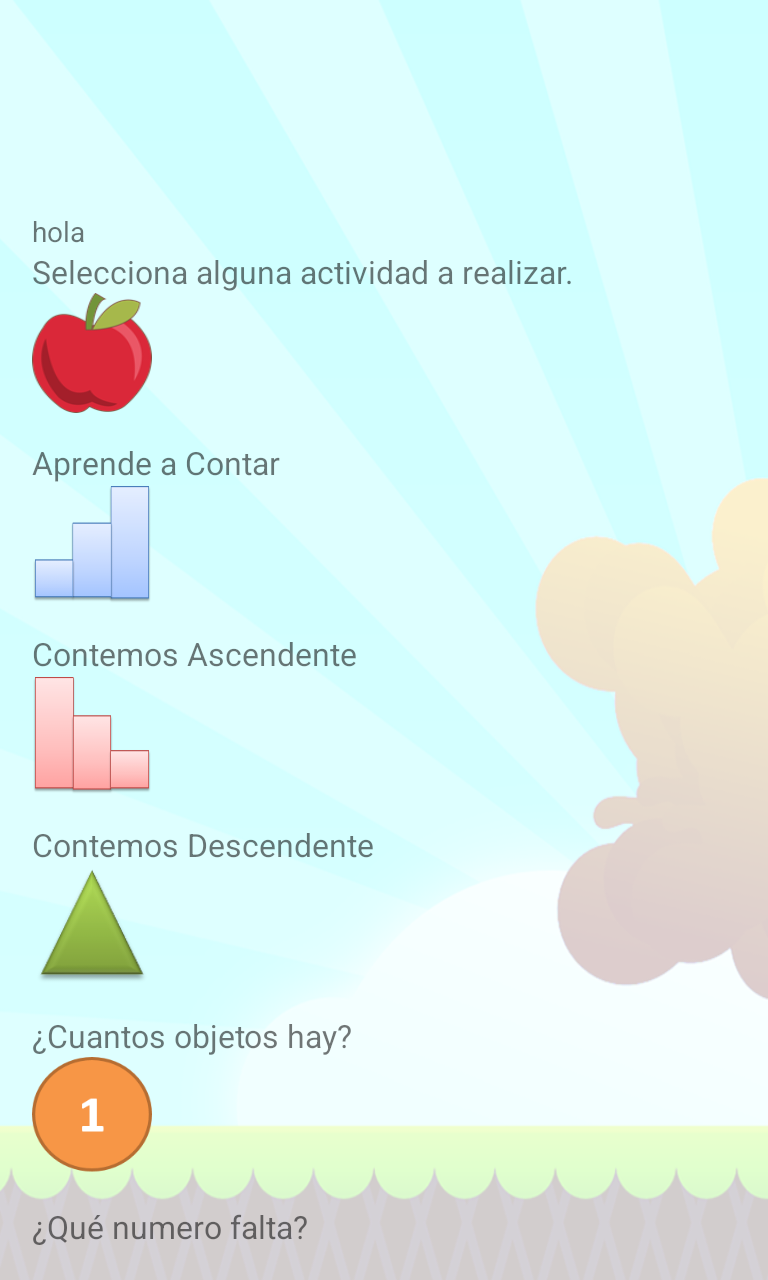
Repository: AntonioloNeviani/ProyectoDeInvestigacion_Android
Layout: FiliiStude/res/layout/activity_indice.xml
These files come from the project's save history. The layout is drawn as it stood at one moment and after the next save; the edit follows.
It is drawn on a 768 x 1280 px phone screen (xhdpi) without system bars, with theme AppTheme; the app's code is not run.

Above is the layout before, as saved 2015-05-26 21:43:37.

### FiliiStude/res/layout/activity_indice.xml
<RelativeLayout xmlns:android="http://schemas.android.com/apk/res/android"
    xmlns:tools="http://schemas.android.com/tools"
    android:layout_width="match_parent"
    android:layout_height="match_parent"
    android:background="@drawable/fondo_index"
    android:paddingBottom="@dimen/activity_vertical_margin"
    android:paddingLeft="@dimen/activity_horizontal_margin"
    android:paddingRight="@dimen/activity_horizontal_margin"
    android:paddingTop="@dimen/activity_vertical_margin"
    tools:context="com.filii.filiistude.Indice" >

    <ScrollView
        android:id="@+id/scrollView1"
        android:layout_width="wrap_content"
        android:layout_height="wrap_content"
        android:layout_alignParentBottom="true"
        android:layout_alignParentLeft="true"
        android:layout_alignParentRight="true"
        android:layout_below="@+id/textView6" >

        <LinearLayout
            android:layout_width="match_parent"
            android:layout_height="match_parent"
            android:orientation="vertical" >

            <TextView
                android:id="@+id/textHola"
                android:layout_width="wrap_content"
                android:layout_height="wrap_content"
                android:text="hola" />

            <TextView
                android:layout_width="wrap_content"
                android:layout_height="wrap_content"
                android:text="Selecciona alguna actividad a realizar."
                android:textSize="16sp" />

            <ImageButton
                android:id="@+id/ContraManzanas"
                android:layout_width="60dp"
                android:layout_height="60dp"
                android:layout_marginBottom="14dp"
                android:background="@drawable/icomanzana"
                android:onClick="anterior" />

            <TextView
                android:id="@+id/textView1"
                android:layout_width="wrap_content"
                android:layout_height="wrap_content"
                android:text="Aprende a Contar"
                android:textSize="16sp" />

            <ImageButton
                android:id="@+id/ContemosAscendente"
                android:layout_width="60dp"
                android:layout_height="60dp"
                android:layout_marginBottom="14dp"
                android:background="@drawable/ico_escaleraazul"
                android:onClick="anterior" />

            <TextView
                android:id="@+id/textView2"
                android:layout_width="wrap_content"
                android:layout_height="wrap_content"
                android:text="Contemos Ascendente "
                android:textSize="16sp" />

            <ImageButton
                android:id="@+id/ContemosDescendente"
                android:layout_width="60dp"
                android:layout_height="60dp"
                android:layout_marginBottom="14dp"
                android:background="@drawable/ico_escaleraroja"
                android:onClick="anterior" />

            <TextView
                android:id="@+id/textView3"
                android:layout_width="wrap_content"
                android:layout_height="wrap_content"
                android:text="Contemos Descendente "
                android:textSize="16sp" />

            <ImageButton
                android:id="@+id/Objetos"
                android:layout_width="60dp"
                android:layout_height="60dp"
                android:layout_marginBottom="14dp"
                android:background="@drawable/ico_tringulo"
                android:onClick="anterior" />

            <TextView
                android:id="@+id/textView4"
                android:layout_width="wrap_content"
                android:layout_height="wrap_content"
                android:text="¿Cuantos objetos hay?"
                android:textSize="16sp" />

            <ImageButton
                android:id="@+id/Circulos"
                android:layout_width="60dp"
                android:layout_height="60dp"
                android:layout_marginBottom="14dp"
                android:background="@drawable/ico_circulo"
                android:onClick="anterior" />

            <TextView
                android:id="@+id/textView5"
                android:layout_width="wrap_content"
                android:layout_height="wrap_content"
                android:text="¿Qué numero falta?"
                android:textSize="16sp" />

        </LinearLayout>
    </ScrollView>

</RelativeLayout>

Loaded but not shown: FiliiStude/res/values/styles.xml (common file); FiliiStude/res/values-v11/styles.xml (common file); FiliiStude/res/values-v14/styles.xml (common file); FiliiStude/res/values/dimens.xml (common file); FiliiStude/res/values-w820dp/dimens.xml (common file)

After the next save:
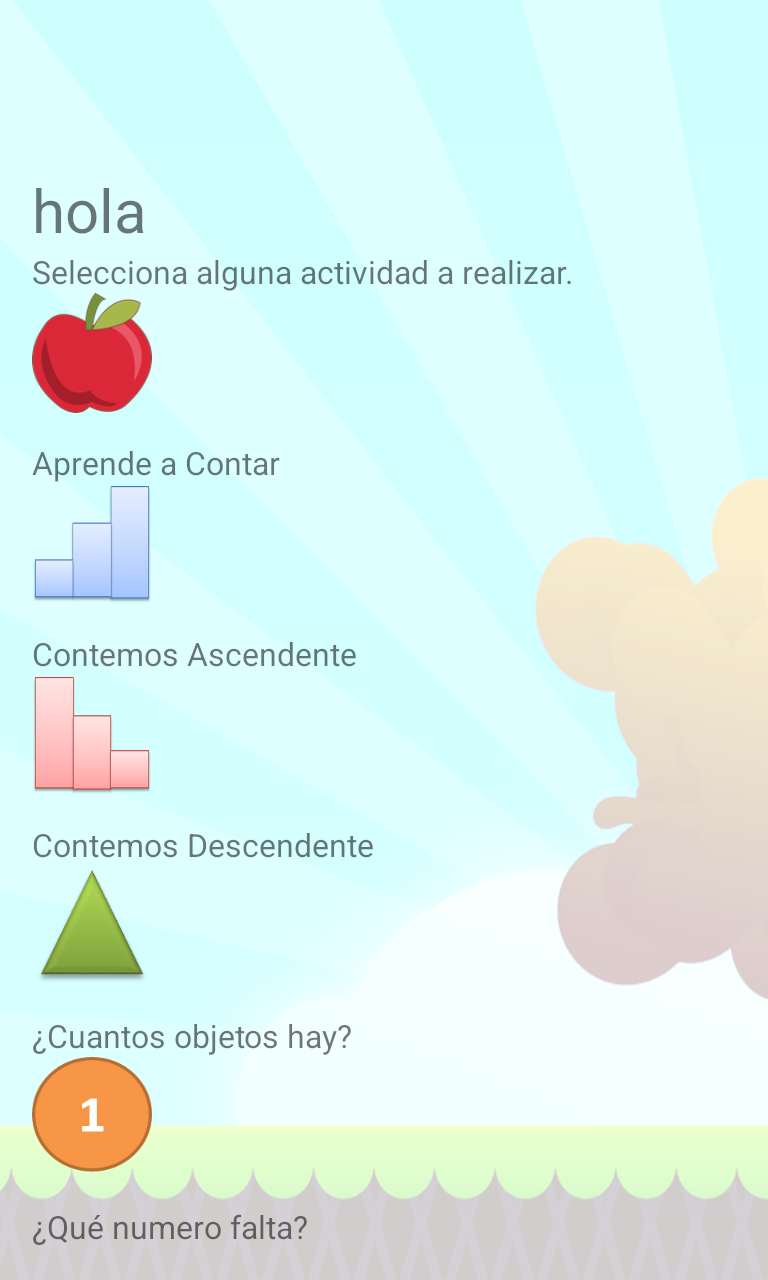
Saved 2 min 16 s later.
--- a/FiliiStude/res/layout/activity_indice.xml
+++ b/FiliiStude/res/layout/activity_indice.xml
@@ -27,7 +27,8 @@
                 android:id="@+id/textHola"
                 android:layout_width="wrap_content"
                 android:layout_height="wrap_content"
-                android:text="hola" />
+                android:text="hola"
+                android:textSize="30sp" />
 
             <TextView
                 android:layout_width="wrap_content"
